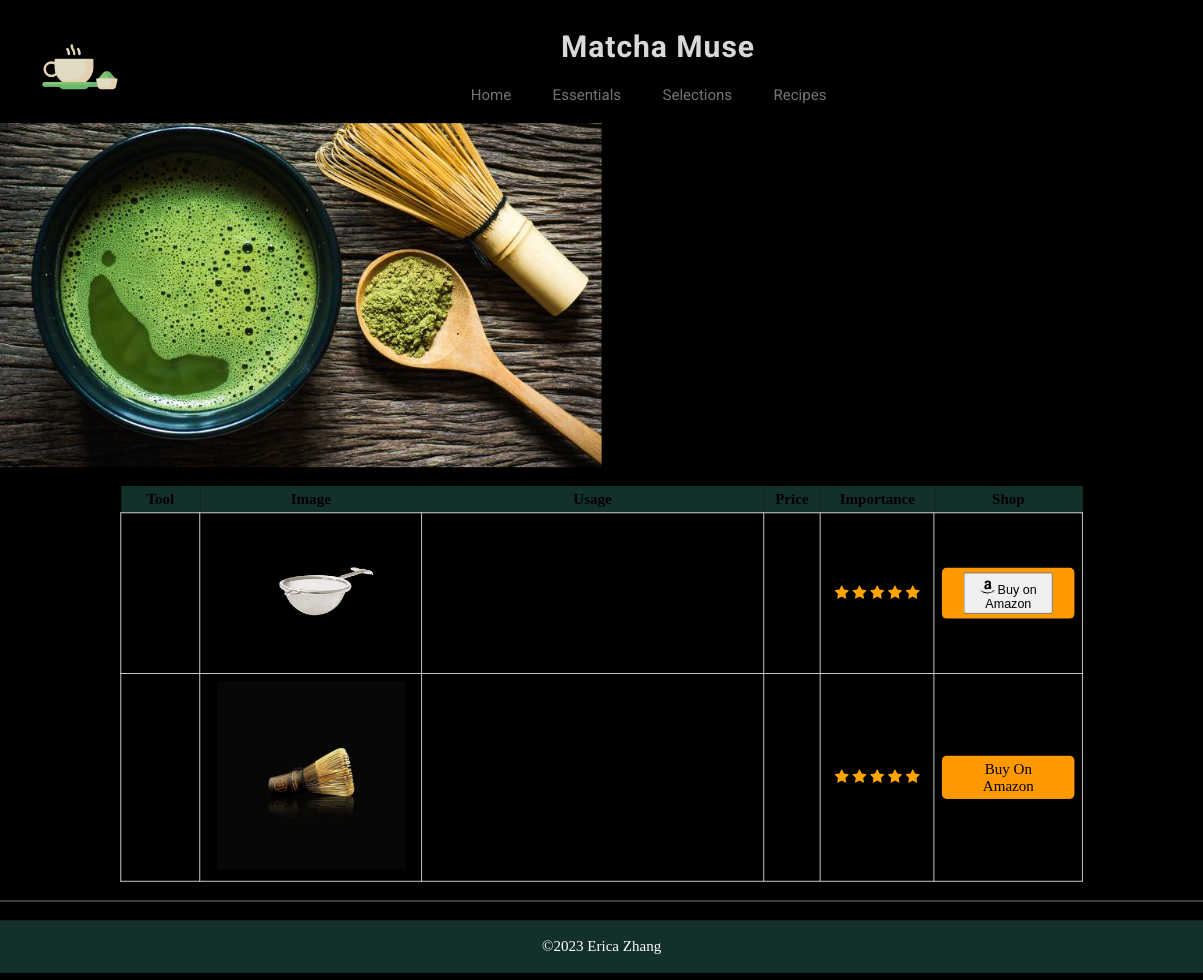
Repository: ericazz17/matchawebsite
Page: essentials.html
The author's editor kept a copy of each file at every save. The page is drawn from the files as they stood at one save, then again after a run of saves.
The browser window is 1280 px wide. The pictures show the whole page, at 94% of full size.

Above is the page before, as saved 2023-09-26 05:00:40.

After the next 2 saves:
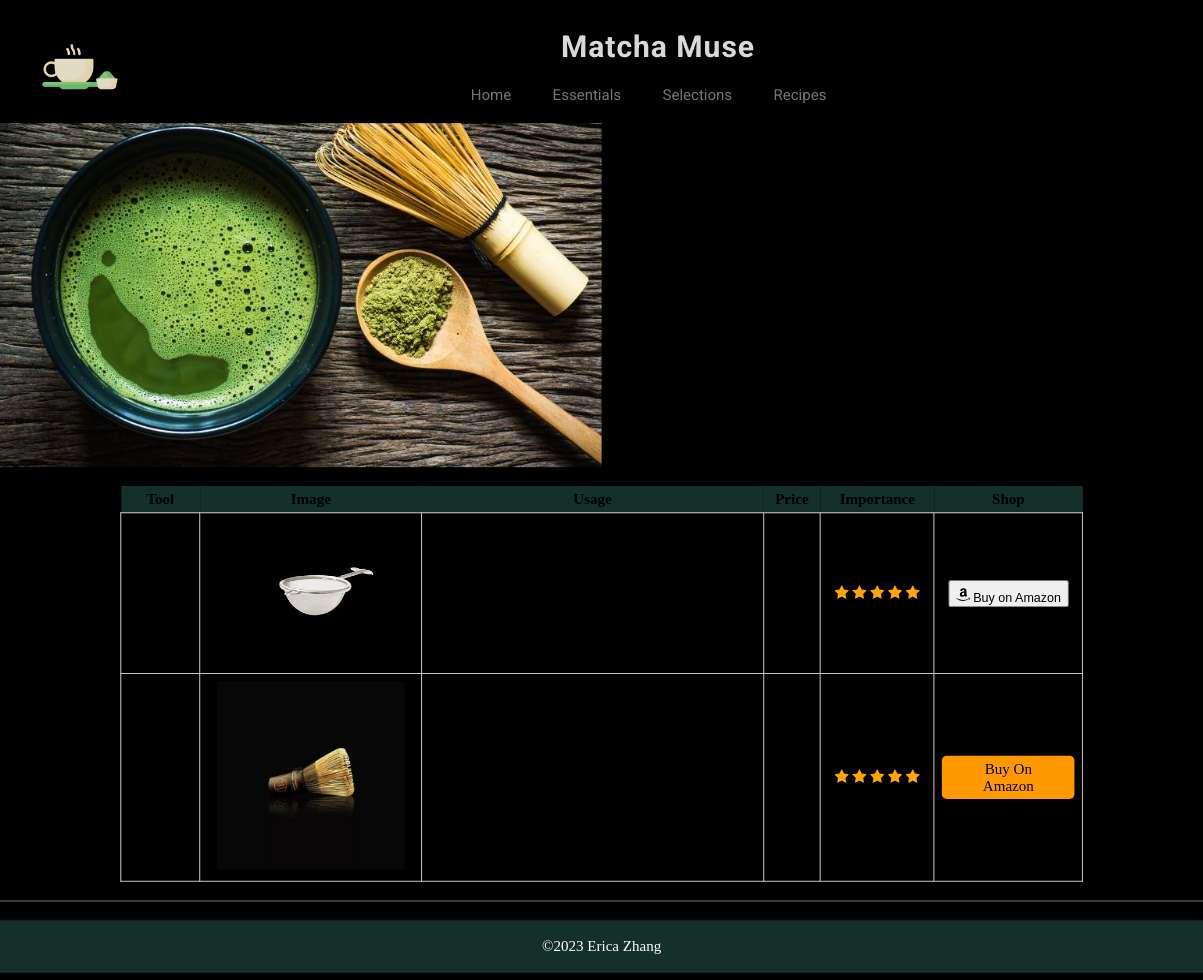
The 2 saves are shown as one change because they came seconds apart.
The last was saved 65 s later.
--- a/essentials.html
+++ b/essentials.html
@@ -71,7 +71,7 @@
                 <span class="fa fa-star checked"></span>
             </td>
             <td>
-                <a href="https://www.amazon.com/Jade-Leaf-Matcha-Eliminate-Stainless/dp/B092QMWCKK/ref=sr_1_1_sspa?crid=17NF4YJBBYBSW&keywords=matcha+sifter&qid=1695332046&sprefix=matcha+sift%2Caps%2C160&sr=8-1-spons&sp_csd=d2lkZ2V0TmFtZT1zcF9hdGY&psc=1" target="_blank" class="buy-now-button">
+                <a href="https://www.amazon.com/Jade-Leaf-Matcha-Eliminate-Stainless/dp/B092QMWCKK/ref=sr_1_1_sspa?crid=17NF4YJBBYBSW&keywords=matcha+sifter&qid=1695332046&sprefix=matcha+sift%2Caps%2C160&sr=8-1-spons&sp_csd=d2lkZ2V0TmFtZT1zcF9hdGY&psc=1" target="_blank" class="buy-now-button-a">
                     <button class="buy-now-button">
                         <img class="amazon-icon" src="images/amazon-logo.svg" alt="amazon-icon">
                         <span class="amazon-text"> Buy on Amazon</span>
